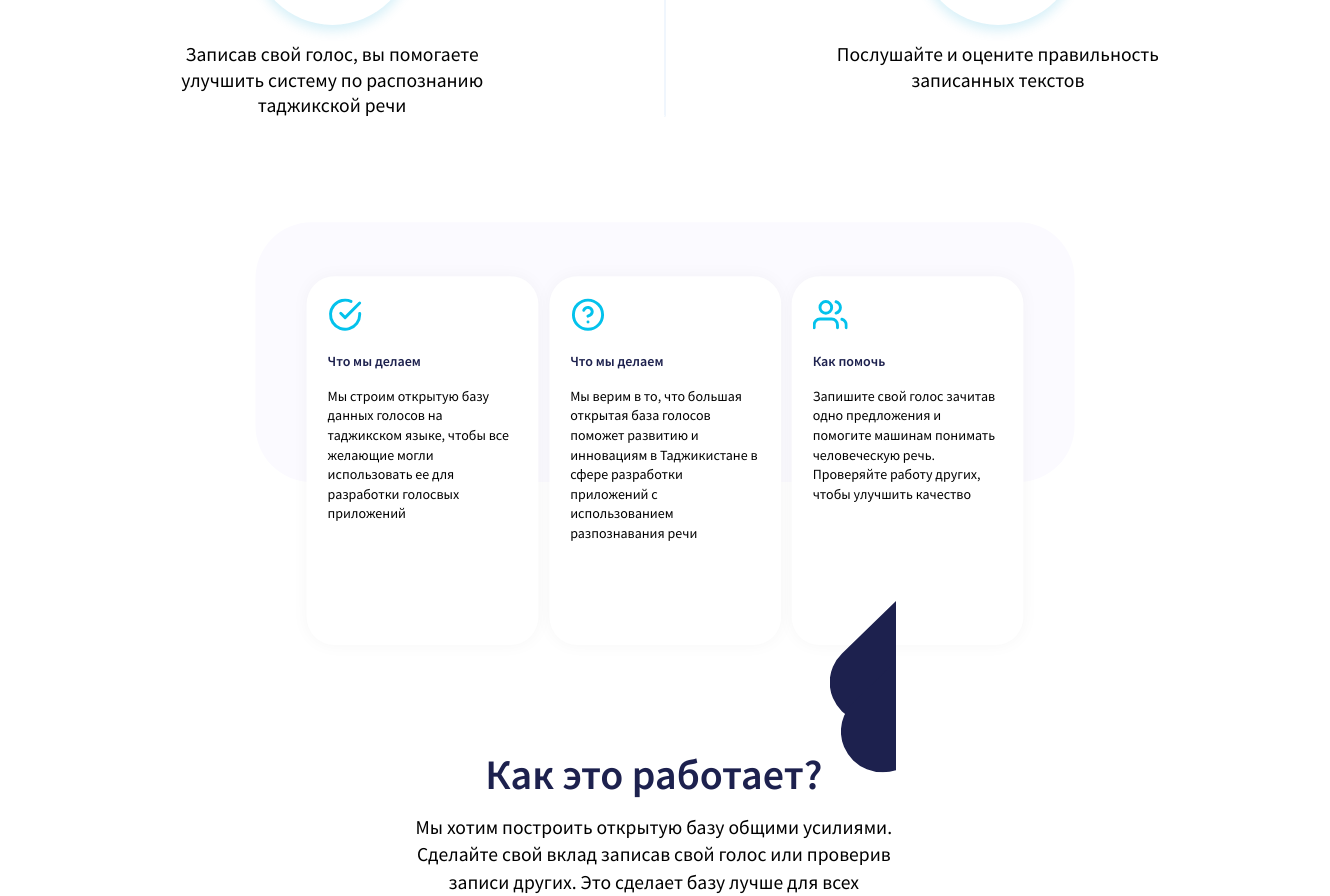
Repository: Amin444/Paymona-Sadp
Page: index.html
An editor plug-in stored every save of this project. The page is shown before and after the next save, followed by the edit.
The browser window is 1280 px wide. The page is 1900 px wide, so the pictures cover 1900 px, including what lies to the right of the window. The pictures show the part of the page from y = 682 to 1962 px (the page is 1962 px tall), at 70% of full size.

Above is the page before, as saved 2021-11-11 18:20:31.

### index.html
<!DOCTYPE html>
<html lang="en">
<head>
  <meta charset="UTF-8">
  <link rel="stylesheet" href="./style.css">
  <meta http-equiv="X-UA-Compatible" content="IE=edge">
  <meta name="viewport" content="width=device-width, initial-scale=1.0">
  <title>Paymona Sado</title>
</head>
<body>

  <div class="root">

    <div class="container">


        <div class="header">
          <div class="logoBlock">
            <img src="./img/logo.svg" class="logo" alt="">
            <p class='textLogo'>Paymona</p>
          </div>

          <div class="menu">
             <div class="items">Сделайте вклад</div>
             <div class="items">База данных</div>
             <div class="items border">Войти</div>
          </div>

        </div>

         <div class="elips">
           <svg width="120" height="285" viewBox="0 0 120 285" fill="none" xmlns="http://www.w3.org/2000/svg">
             <path d="M285 -1.24577e-05C247.573 -1.08218e-05 210.513 7.37176 175.935 21.6943C141.357 36.0169 109.939 57.0099 83.4745 83.4746C57.0098 109.939 36.0169 141.357 21.6943 175.935C7.37172 210.513 -1.57297e-05 247.573 -1.24577e-05 285L285 285L285 -1.24577e-05Z" fill="#1D214E"/>
           </svg>
         </div>

         <div class="rectangle2">
           <svg width="79" height="365" viewBox="0 0 79 365" fill="none" xmlns="http://www.w3.org/2000/svg">
             <rect width="118.426" height="472.716" rx="59.2128" transform="matrix(0.716507 0.69758 -0.716507 0.69758 18.7041 -24)" fill="#1D214E"/>
           </svg>

         </div>

         <div class="rectangle">
            <svg width="95" height="365" viewBox="0 0 95 365" fill="none" xmlns="http://www.w3.org/2000/svg">
             <rect width="118.426" height="472.716" rx="59.2128" transform="matrix(0.716507 0.69758 -0.716507 0.69758 34.7041 -24)" fill="#1D214E"/>
            </svg>
         </div>

        <div class="title">
           <h1>Овози дастрас</h1>
           <p class="desc">Открытый проект по <blue>обучению</blue> машин понимания <br> речи и текста на таджикском языке</p>
        </div>

        <div class="Listen-and-record">
           <div class="record-block">
              <div class="circles">
                <div class="imgBlock">
                  <img src="./img/Group.svg" class="asd" >
                </div>
              </div>
              <span class="text">Записав свой голос, вы помогаете улучшить систему по распознанию таджикской речи</span>
           </div>

           <hr>

           <div class="record-block">
              <div class="circles">
                <div class='imgBlock'>
                  <img src="./img/Group2.svg" class="asd" >
                </div>
              </div>
              <span class="text"> Послушайте и оцените правильность записанных текстов</span>
           </div>
        </div>

        <div class="how-we-do">
          <div class="bag">
            <div class="visible">
              <img src="./img/check-circle.svg">
              <p class="card-title">Что мы делаем</p>
              <p class="card-text">Мы строим открытую базу данных
                 голосов на таджикском языке,
                 чтобы все желающие могли использовать
                 ее для разработки голосвых приложений</p>
            </div>
            <div class="visible">
              <img src="./img/Group3.svg">
              <p class="card-title">Что мы делаем</p>
              <p class="card-text">Мы верим в то, что большая открытая база
                 голосов поможет развитию и инновациям в Таджикистане
                 в сфере разработки приложений с использованием разпознавания речи</p>
            </div>
            <div class="visible">
              <img src="./img/Group4.svg">
              <p class="card-title">Как помочь</p>
              <p class="card-text">Запишите свой голос зачитав одно
                предложения и помогите машинам понимать человеческую речь.
                 Проверяйте работу других, чтобы улучшить качество</p>
            </div>
          </div>
        </div>

        <div class="ewq">
          <img src="./img/Rectangle.svg" class='qwe'>
          <img src="./img/Rectangle2.svg" class='qwe2'>
          <div class="work-block">
            <h1>Как это работает?</h1>
            <p class="just-text">Мы хотим построить открытую базу общими усилиями.
               Сделайте свой вклад записав свой голос или проверив записи других.
              Это сделает базу лучше для всех</p>
          </div>
          <div class="example">
              efwe
          </div>
        </div>

      </div>
  </div>
</body>
</html>

### style.css
@import url('https://fonts.googleapis.com/css2?family=Source+Sans+Pro:ital,wght@0,200;0,300;0,400;0,600;0,700;0,900;1,200;1,300;1,400;1,600;1,700;1,900&display=swap');

*{
  margin: 0;
  padding: 0;
  border: none;
  outline: none;
  font-family: 'Source Sans Pro', sans-serif;
  font-weight: 500;

}

.root{
  width: 1900px;
  display: flex;
  justify-content: center;
}
.container{
  width: 100%;
}

.header{
  height: 90px;
  padding: 0 40px;
  display: flex;
  align-items: center;
  justify-content: space-between;
}

.textLogo{
  color: #1D214E;
  font-weight: 700;
  font-size: 28px;
  line-height: 35px;
}

.logo{
  width: 40px;
  height: 40px;
}
.logoBlock{
  width:170px;
  display: flex;
  justify-content: space-between;
}
.menu{
  display: flex;
  gap: 40px;
  align-items: center;
  font-weight: 400;
  font-size: 20px;
  line-height:25px;
}
.items{
  cursor: pointer;
}
.border{
  padding: 8px 12px;
  border: 1px solid rgba(73, 222, 255, 1);
  border-radius: 50px;
  font-weight: 600;
}
.title{
  margin-top: 72px;
  display: flex;
  flex-direction: column;
  align-items: center;
}

h1{
  color: rgba(29, 33, 78, 1);
  font-weight: 600;
  font-size: 60px;
  line-height:75px;
  margin-bottom: 20px;
}
.desc{
  font-weight: 400;
  font-size: 32px;
  text-align: center;
}
blue{
  color: rgba(3, 194, 236, 1);
}
.elips{
  position: absolute;
  right: 0;
  top: 198px;
}

.rectangle{
  position: absolute;
  top: 255px
}
.rectangle2{
  position: absolute;
  top: 451px
}

.Listen-and-record{
  margin-top: 150px;
  display: flex;
  justify-content: space-evenly;
}
.record-block{
  display: flex;
  align-items: center;
  flex-direction: column;
}

.circles{
  border-radius: 50%;
  box-shadow: 0px 8px 16px rgba(0, 160, 210, 0.16);
  background-color: #fff;
  width: 230px;
  height: 230px;
}
.imgBlock{
  width: 100%;
  height: 100%;
  display: flex;
  justify-content: center;
  align-items: center;
}
.asd{
  width: 40%;
  height: 40%;
}

.text{
  margin-top: 24px;
  display: block;
  text-align: center;
  width: 496px;
  font-weight: 400;
  font-size: 28px;
}
hr{
  border: 1px solid rgba(234, 243, 252, 1);
  height: 359px;
}

.how-we-do{
  margin-top: 150px;
  display: flex;
  justify-content: center;
  position: relative;
}

.bag{
  position: absolute;
  width: 80vw;
  height: 294px;
  background:#FBFAFF;
  border-radius: 80px;
  display: flex;
  justify-content: space-between;
  padding: 77px 73px 0 73px;
}
.visible{
  width: 271px;
  height:467px;
  box-shadow: 0px 0px 24px rgba(0, 0, 0, 0.04);
  border-radius: 40px;
  background:#fff;
  padding: 30px
}
.card-title{
  margin-top: 24px;
  font-weight: 600;
  font-size: 20px;
  color: rgba(29, 33, 78, 1)
}
.card-text{
  margin-top: 24px;
  font-weight: 400;
  font-size: 20px;
  line-height: 28px;
}
.ewq{
  width: 100%;

  display: flex;
  justify-content: center;
}
.qwe{
  position: absolute;
  top: 1350px;
  right: 0;
  transform: rotate(180deg);
}
.qwe2{
  position: absolute;
  top: 1420px;
  right: 0;
  transform: rotate(180deg);
}
.work-block{
  margin-top: 750px;
  width: 50%;
  display: flex;
  align-items: center;
  flex-direction: column;
}

.just-text{
  width: 748px;
  font-weight: 400;
  font-size: 28px;
  text-align: center;
  line-height: 39.2px;
}

### img/logo.svg
<svg width="24" height="24" viewBox="0 0 24 24" fill="none" xmlns="http://www.w3.org/2000/svg">
<path d="M23.2727 11.9119V16.6433C23.2731 16.8543 23.2169 17.0618 23.1094 17.2464C23.0019 17.4309 22.8466 17.5864 22.6582 17.6981L12.3229 23.8128C12.1153 23.9351 11.8758 24 11.6314 24C11.387 24 11.1475 23.9351 10.9399 23.8128L0.616444 17.6943C0.427833 17.5828 0.272261 17.4273 0.164406 17.2428C0.0565516 17.0583 -2.98523e-05 16.8507 1.18183e-08 16.6396V11.9119C-3.13489e-05 11.6902 0.0623511 11.4726 0.180679 11.2816C0.299007 11.0906 0.468973 10.9331 0.672954 10.8255C0.876934 10.7179 1.1075 10.6641 1.34075 10.6696C1.574 10.6752 1.80144 10.7399 1.99949 10.8571L10.9399 16.1535C11.1475 16.2758 11.387 16.3407 11.6314 16.3407C11.8758 16.3407 12.1153 16.2758 12.3229 16.1535L21.2653 10.8571C21.4634 10.7373 21.6918 10.6704 21.9264 10.6636C22.1611 10.6567 22.3934 10.71 22.5989 10.818C22.8043 10.9259 22.9754 11.0845 23.0939 11.277C23.2125 11.4695 23.2743 11.6888 23.2727 11.9119Z" fill="#1D214E"/>
<path d="M10.9383 13.2688L1.76081 7.81102C1.57388 7.69908 1.41986 7.54397 1.31312 7.36018C1.20638 7.17639 1.15039 6.96991 1.15039 6.76C1.15039 6.5501 1.20638 6.34361 1.31312 6.15982C1.41986 5.97603 1.57388 5.82093 1.76081 5.70898L10.9344 0.193005C11.1431 0.0669478 11.3854 0 11.6328 0C11.8802 0 12.1224 0.0669478 12.3312 0.193005L21.5107 5.70898C21.6976 5.82093 21.8516 5.97603 21.9584 6.15982C22.0651 6.34361 22.1211 6.5501 22.1211 6.76C22.1211 6.96991 22.0651 7.17639 21.9584 7.36018C21.8516 7.54397 21.6976 7.69908 21.5107 7.81102L12.3253 13.2688C12.1173 13.3921 11.877 13.4575 11.6318 13.4575C11.3866 13.4575 11.1463 13.3921 10.9383 13.2688Z" fill="#1D214E"/>
</svg>

After the next save:
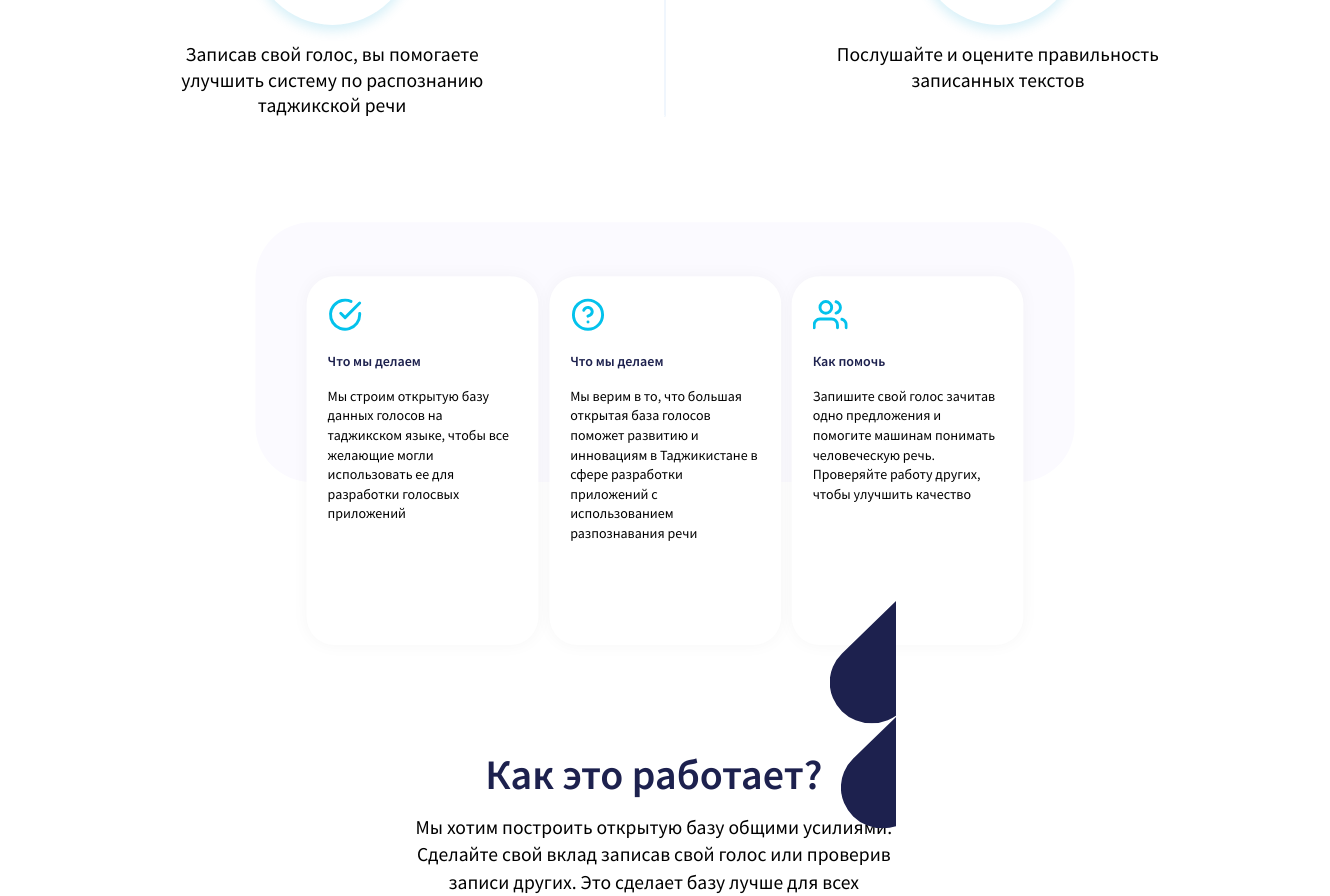
Saved 8 s later.
--- a/style.css
+++ b/style.css
@@ -191,7 +191,7 @@ hr{
 }
 .qwe2{
   position: absolute;
-  top: 1420px;
+  top: 1500px;
   right: 0;
   transform: rotate(180deg);
 }
